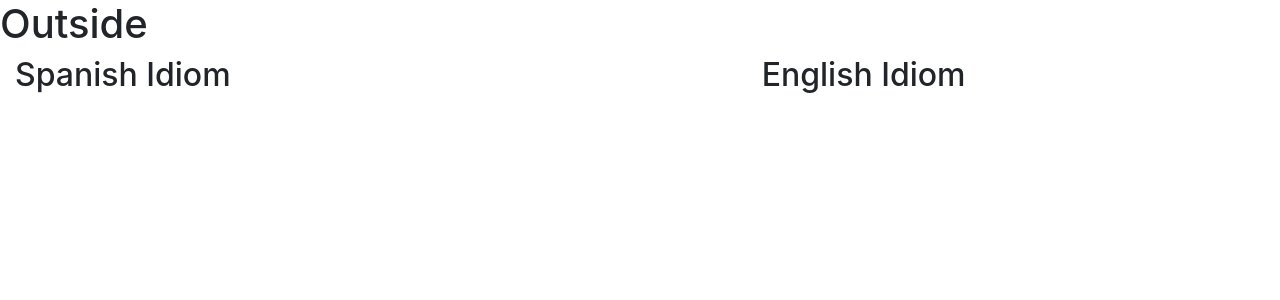
Repository: JK27/idioms-english-spanish
Page: http://localhost/
The author's editor kept a record of every edit. The page is drawn from the files as they stood at one moment, then again after the next edit.
The browser window is 1280 px wide. The pictures show the whole page.
The page is served by the project's application, run on Flask 3 (idioms.py). Queries for data that is not in the repository find no rows.

Above is the page before.
Console error: TypeError: Cannot read properties of undefined (reading 'fn')

After the next edit:
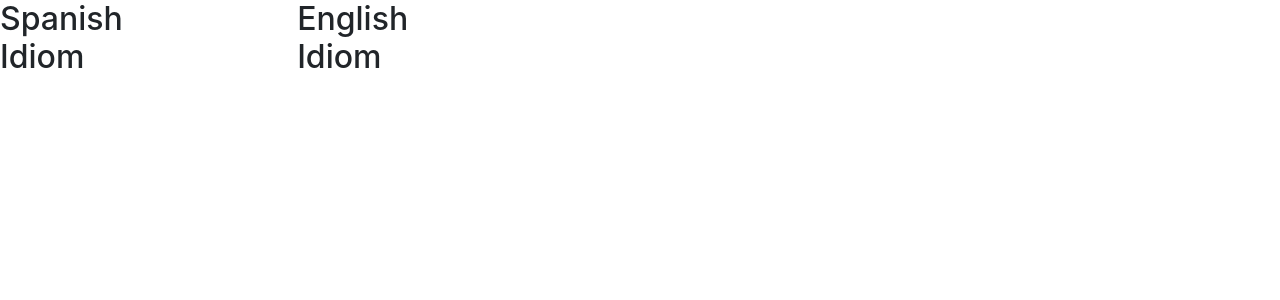
The edit:
--- a/templates/base.html
+++ b/templates/base.html
@@ -14,8 +14,8 @@
 </head>
 
 <body>
-    <h1>Outside</h1>
     <div class="container-fluid">
+        <div class="card-deck">
         {% block content %} {% endblock %}
     </div>
 
